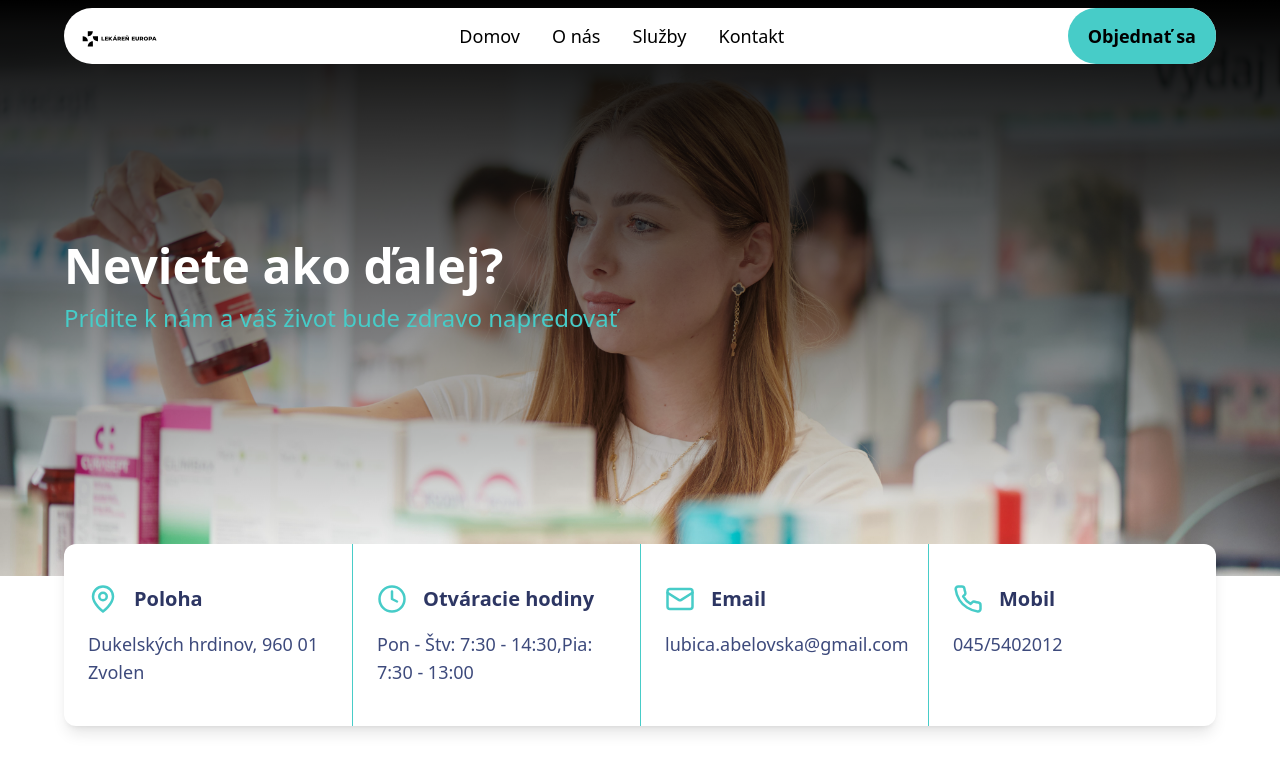
Repository: SimonSkoda13/Lekaren
Page: /
These files come from the project's save history. The page is drawn as it stood at one moment and after the next save; the edit follows.
The browser window is 1280 px wide. The pictures show the whole page.
The project was rebuilt for these pictures with package versions that can differ from the ones it lists, and the page was loaded fresh each time. The framework's server and built-in components were replaced by stand-ins that run in the browser. Also part of the build but not shown: next.config.js.

Above is the page before, as saved 2023-04-22 19:28:44.

### src/app/layout.tsx
import { Header } from "./components/Header/Header";
import "./globals.css";
import { Poppins } from "next/font/google";

export const metadata = {
  title: "Create Next App",
  description: "Generated by create next app",
};

export default function RootLayout({
  children,
}: {
  children: React.ReactNode;
}) {
  return (
    <html lang="en">
      <body className="bg-white min-h-[100vh]">
        <Header />
        <main>{children}</main>
        <footer></footer>
      </body>
    </html>
  );
}

### src/app/page.tsx
import Image from "next/image";
import { Inter } from "next/font/google";
import { HomeHero } from "./components/HomeHero/HomeHero";
import { Contact } from "./components/Contact/Contact";
import { Phone, MapPin, Clock4, Mail } from "lucide-react";

const inter = Inter({ subsets: ["latin"] });

// page with

export default function Home() {
  return (
    <>
      <HomeHero
        title={"Neviete ako ďalej?"}
        image={"/homeBanner.jpg"}
        description={"Prídite k nám a váš život bude zdravo napredovať"}
      />
      <Contact
        items={[
          {
            title: "Poloha",
            link: "https://goo.gl/maps/L5p9gij7kJ6iXfnA9",
            description: "Dukelských hrdinov, 960 01 Zvolen",
            icon: <MapPin size={30} className="stroke-primary" />,
          },
          {
            title: "Otváracie hodiny",
            link: "https://goo.gl/maps/L5p9gij7kJ6iXfnA9",
            description: "Pon - Štv:  7:30 - 14:30,Pia: 7:30 - 13:00",
            icon: <Clock4 size={30} className="stroke-primary" />,
          },
          {
            title: "Email",
            link: "mailto:lubica.abelovska@gmail.com",
            description: "lubica.abelovska@gmail.com",
            icon: <Mail size={30} className="stroke-primary" />,
          },
          {
            title: "Mobil",
            description: "045/5402012",
            link: "tel:045/5402012",
            icon: <Phone size={30} className="stroke-primary" />,
          },
        ]}
      />
    </>
  );
}

### src/app/components/Header/Header.tsx
import Link from "next/link";
import React from "react";

export interface HeaderProps {}

export const Header = (props: HeaderProps) => {
  const {} = props;
  return (
    <header className="cntn fixed w-full top-2 z-10">
      <div className="flex bg-white rounded-full ">
        {/* logo */}
        <div className="flex justify-center items-center px-4">
          <Link href="/">
            <img src="/headerLogo.svg" alt="logo" className="w-20 h-14" />
          </Link>
        </div>
        {/* nav */}
        <div className="py-2 px-4 flex gap-8 items-center mx-auto text-lg font-medium">
          <Link href="/">Domov</Link>
          <Link href="/onas">O nás</Link>
          <Link href="/sluzby">Služby</Link>
          <Link href="/kontakt">Kontakt</Link>
        </div>
        {/* button order self */}
        <div className="flex justify-center items-center px-5 p-0 bg-primary rounded-full text-lg font-bold">
          <Link href="/order">Objednať sa</Link>
        </div>
      </div>
    </header>
  );
};

### src/app/globals.css
@tailwind base;
@tailwind components;
@tailwind utilities;

@layer components {
  .cntn {
    @apply mx-auto px-4  max-w-screen-xl md:px-16;
  }
}

### src/app/components/HomeHero/HomeHero.tsx
import Image from "next/image";
import React from "react";
import { ImageGradient } from "./ImageGradient/ImageGradient";

export interface HomeHeroProps {
  title: string;
  image: string;
  description: string;
}

export const HomeHero = (props: HomeHeroProps) => {
  const { title, image, description } = props;
  return (
    <section className="relative h-[80vh] z-0 px-0">
      <div className="w-full h-full absolute left-0 top-0 ">
        {/* make filter for image to odd brightness from top biggest to bottom lowest */}
        <ImageGradient>
          <Image
            src={image}
            alt="Next.js logo"
            fill
            style={{
              objectFit: "cover",
              objectPosition: "center",
            }}
          />
        </ImageGradient>
      </div>
      <div className="cntn relative gap-3 h-full flex justify-center flex-wrap flex-col z-10">
        <h1 className="text-5xl font-bold text-white">{title}</h1>
        <p className="text-2xl text-primary">{description}</p>
      </div>
    </section>
  );
};

### src/app/components/Contact/Contact.tsx
import { Phone } from "lucide-react";
import { Url } from "next/dist/shared/lib/router/router";
import Image from "next/image";
import Link from "next/link";
import React, { ReactNode } from "react";

export interface ContactProps {
  items?: {
    title: string;
    description: string;
    icon: ReactNode;
    link?: string;
  }[];
}

export const Contact = (props: ContactProps) => {
  const { items } = props;
  return (
    <section className="cntn z-10 relative top-[-2rem]">
      <div className="w-full h-full grid grid-cols-2 md:grid-cols-4 items-start bg-white rounded-xl shadow-lg divide-x divide-primary">
        {items?.map((item) => (
          <Link href={item?.link as Url} className="h-full">
            <div className="flex flex-col items-start gap-4 p-6 py-10">
              <div className="flex w-full flex-row gap-4 items-center">
                {item.icon}
                <h2 className="text-xl font-bold text-secondary">
                  {item.title}
                </h2>
              </div>
              <p className="text-lg font-medium text-secondary-light">
                {item.description}
              </p>
            </div>
          </Link>
        ))}
      </div>
    </section>
  );
};

### src/app/components/HomeHero/ImageGradient/ImageGradient.tsx
import React from "react";

export interface ImageGradientProps {
  children: React.ReactNode;
}

export const ImageGradient = (props: ImageGradientProps) => {
  const { children } = props;
  return (
    <div className="relative w-full h-full overflow-hidden z-10">
      <div className="absolute inset-0 z-10 bg-gradient-to-b from-black"></div>
      {children}
    </div>
  );
};

### tailwind.config.js
/** @type {import('tailwindcss').Config} */
module.exports = {
  content: [
    "./src/pages/**/*.{js,ts,jsx,tsx,mdx}",
    "./src/components/**/*.{js,ts,jsx,tsx,mdx}",
    "./src/app/**/*.{js,ts,jsx,tsx,mdx}",
  ],
  theme: {
    extend: {
      colors: {
        primary: "#47CCC8",
        secondary: "#2D3663",
        "secondary-light": "#3D4A7C",
      },
    },
  },
  plugins: [],
};

After the next save:
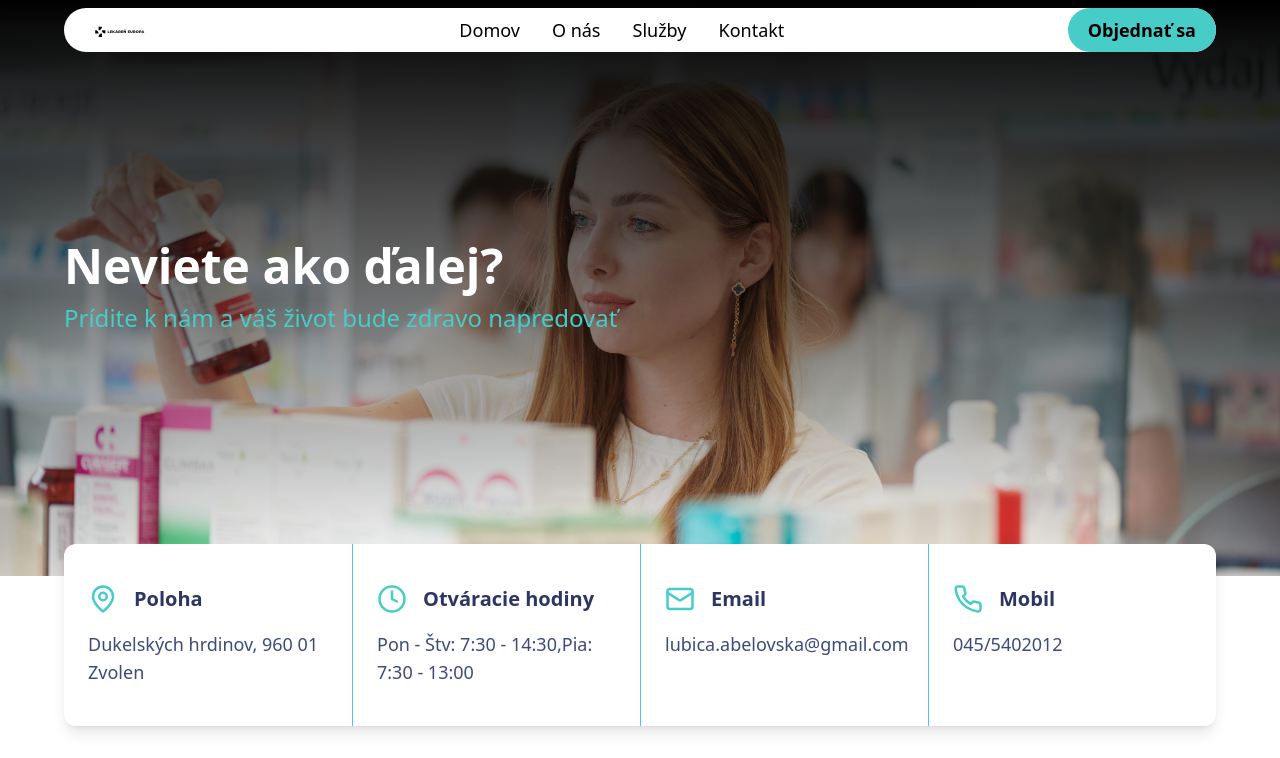
Saved 10 s later.
--- a/src/app/components/Header/Header.tsx
+++ b/src/app/components/Header/Header.tsx
@@ -11,7 +11,7 @@ export const Header = (props: HeaderProps) => {
         {/* logo */}
         <div className="flex justify-center items-center px-4">
           <Link href="/">
-            <img src="/headerLogo.svg" alt="logo" className="w-20 h-14" />
+            <img src="/headerLogo.svg" alt="logo" className="w-20 h-17" />
           </Link>
         </div>
         {/* nav */}
